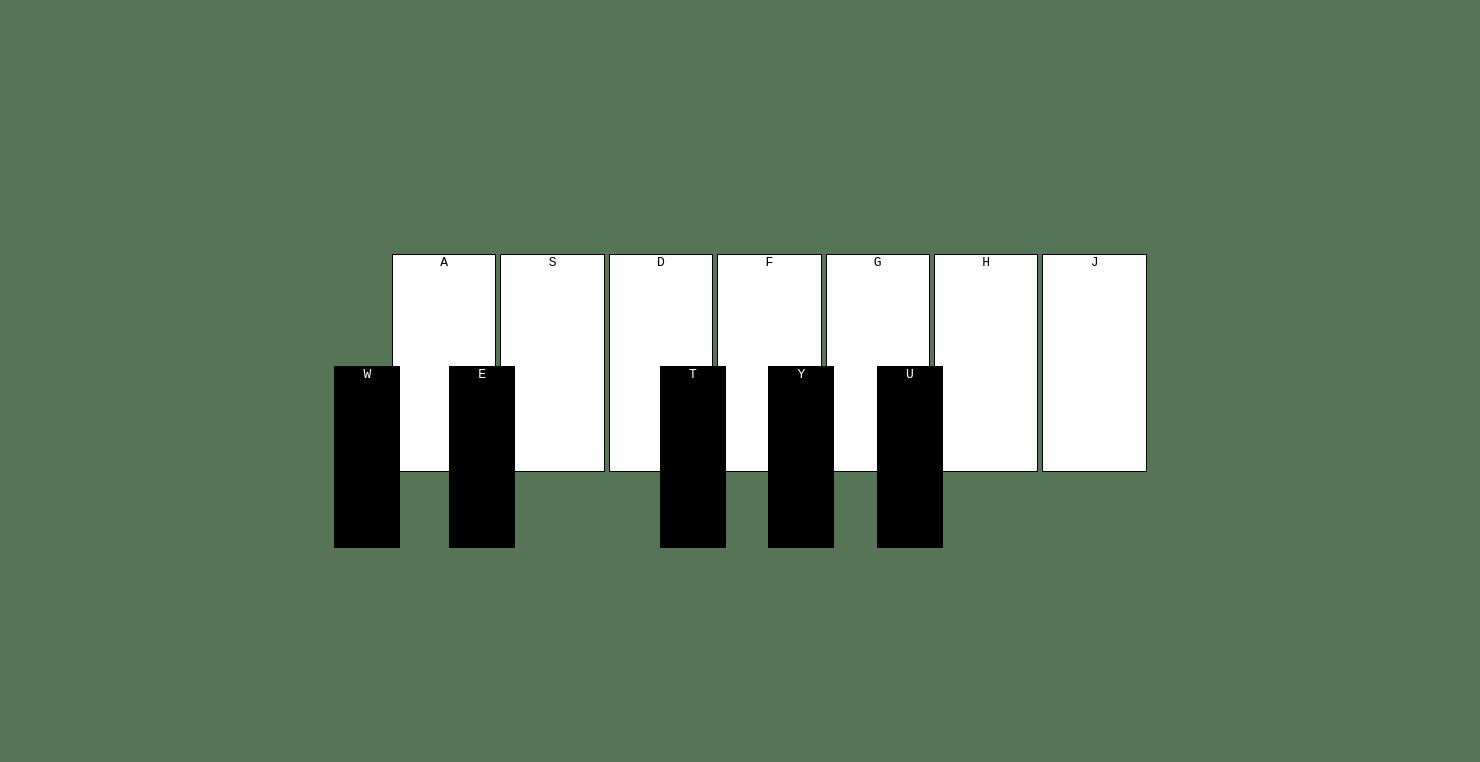
Repository: ctcoleman/Virtual-Piano
Page: index.html
An editor plug-in stored every save of this project. The page is shown before and after the next save, followed by the edit.
The browser window is 1280 px wide. The page is 1480 px wide, then 1280 px, then 1480 px, so the pictures cover 1480 px, including what lies to the right of the window. The pictures show the whole page.

Above is the page before, as saved 2020-07-20 09:16:09.

### index.html
<!DOCTYPE html>
<html>

<head>
    <meta charset="utf-8">
    <link type="text/css" rel="stylesheet" href="./index.css">
    <title>Chris's Keyboard Piano</title>
</head>

<body>
    <div class="container">
        <div class="white-keys">
            <kbd class="white-key" id="KeyA">A</kbd>
            <kbd class="white-key" id="KeyS">S</kbd>
            <kbd class="white-key" id="KeyD">D</kbd>
            <kbd class="white-key" id="KeyF">F</kbd>
            <kbd class="white-key" id="KeyG">G</kbd>
            <kbd class="white-key" id="KeyH">H</kbd>
            <kbd class="white-key" id="KeyJ">J</kbd>
        </div>
        <div class="black-keys">
            <kbd class="black-key" id="KeyW">W</kbd>
            <kbd class="black-key" id="KeyE">E</kbd>
            <kbd class="black-key" id="KeyT">T</kbd>
            <kbd class="black-key" id="KeyY">Y</kbd>
            <kbd class="black-key" id="KeyU">U</kbd>
        </div>
    </div>
    <script src="./index.js"></script>
</body>

</html>

### index.css
/*
=== Basic Styling ===
 */
html {
    background: rgba(1, 46, 1, 0.664);
    color: black;
    box-sizing: border-box;
}

/*
=== Keyboard Styling ===
*/
.container {
    width: 100vw;
    height: 30vh;
    margin: 35vh 15vw;
}
/*
=== White Keys Styling ===
*/
.white-keys {
    margin: 15vh 15vw;
}
.white-key {
    display: inline-block;
    text-align: center;
    width: 8vw;
    height: 30vh;
    background: white;
    border: 1px solid black;
}
/*
=== Black Keys Styling ===
*/
.black-keys {
    margin: 10vh 5vw;
}
.black-key {
    position: relative;
    z-index: 1;
    top: -30vh;
    text-align: center;
    display: inline-block;
    width: 5vw;
    height: 25vh;
    background: black;
    color: white;
    border: 1px solid black;
}
#KeyW {
    left: 5.5vw;
}
#KeyE {
    left: 9vw;
}
#KeyT {
    left: 20vw;
}
#KeyY {
    left: 23vw;
}
#KeyU {
    left: 26vw;
}

### index.js
const aKey = document.getElementById('KeyA')
const sKey = document.getElementById('KeyS')
const dKey = document.getElementById('KeyD')
const fKey = document.getElementById('KeyF')
const gKey = document.getElementById('KeyG')
const hKey = document.getElementById('KeyH')
const jKey = document.getElementById('KeyJ')
const wKey = document.getElementById('KeyW')
const eKey = document.getElementById('KeyE')
const tKey = document.getElementById('KeyT')
const yKey = document.getElementById('KeyY')
const uKey = document.getElementById('KeyU')






const keys = [aKey, sKey, dKey, fKey, gKey, hKey, jKey, wKey, eKey, tKey, yKey, uKey]
console.log(keys)
document.addEventListener('keypress', (keyPressed) => {
    const key = keyPressed.code
    switch (key) {
        case keys[0].id:
            new Audio('./keys/A.mp3').play()
            break
        case keys[1].id:
            new Audio('./keys/S.mp3').play()
            break
        case keys[2].id:
            new Audio('./keys/D.mp3').play()
            break
        case keys[3].id:
            new Audio('./keys/F.mp3').play()
            break
        case keys[4].id:
            new Audio('./keys/G.mp3').play()
            break
        case keys[5].id:
            new Audio('./keys/H.mp3').play()
            break
        case keys[6].id:
            new Audio('./keys/J.mp3').play()
            break
        case keys[7].id:
            new Audio('./keys/W.mp3').play()
            break
        case keys[8].id:
            new Audio('./keys/E.mp3').play()
            break
        case keys[9].id:
            new Audio('./keys/T.mp3').play()
            break
        case keys[10].id:
            new Audio('./keys/Y.mp3').play()
            break
        case keys[11].id:
            new Audio('./keys/U.mp3').play()
            break
        default:
            console.log('Invalid Key Press')
    }
})

After the next save:
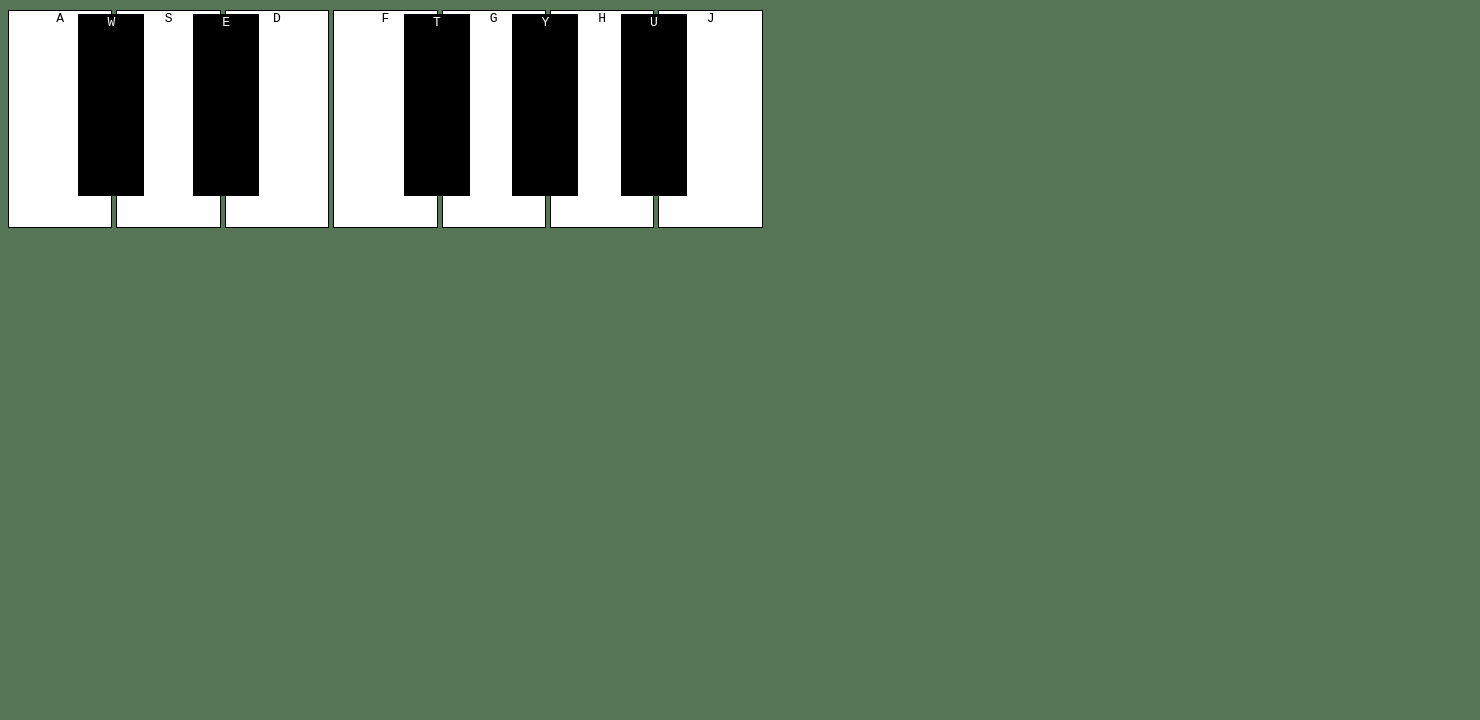
Saved 10 s later.
--- a/index.css
+++ b/index.css
@@ -10,20 +10,21 @@
 /*
 === Keyboard Styling ===
 */
-.container {
-    width: 100vw;
-    height: 30vh;
-    margin: 35vh 15vw;
+.keyboard-container {
+    position: relative;
+    width:70vw;
+    margin:
 }
 /*
 === White Keys Styling ===
 */
-.white-keys {
+.white-key-container {
     margin: 15vh 15vw;
+    position: relative;
 }
 .white-key {
+    text-align: center;
     display: inline-block;
-    text-align: center;
     width: 8vw;
     height: 30vh;
     background: white;
@@ -32,8 +33,9 @@
 /*
 === Black Keys Styling ===
 */
-.black-keys {
+.black-key-container {
     margin: 10vh 5vw;
+    width: 70vw;
 }
 .black-key {
     position: relative;

After the save that followed:
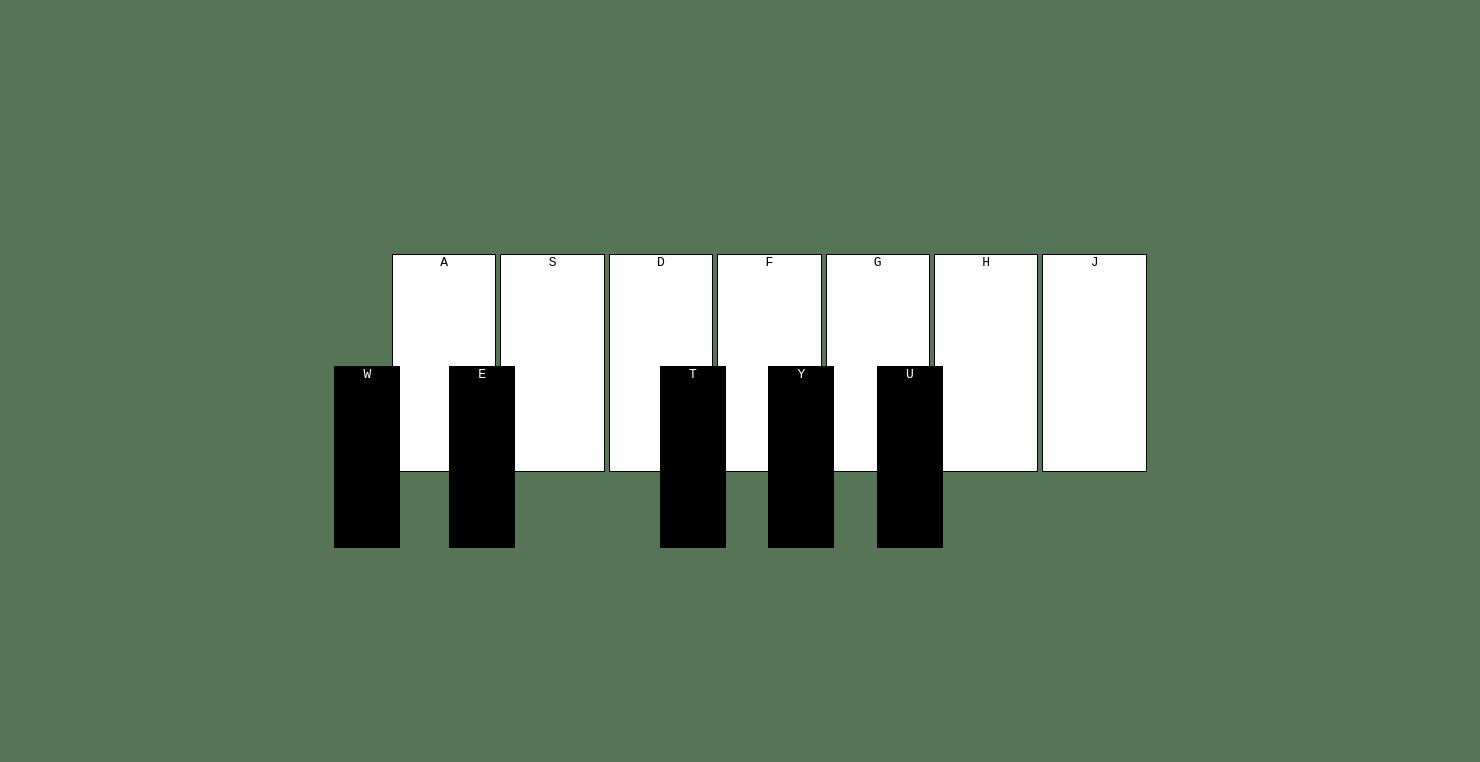
Saved 20 s later.
--- a/index.css
+++ b/index.css
@@ -10,21 +10,20 @@
 /*
 === Keyboard Styling ===
 */
-.keyboard-container {
-    position: relative;
-    width:70vw;
-    margin:
+.container {
+    width: 100vw;
+    height: 30vh;
+    margin: 35vh 15vw;
 }
 /*
 === White Keys Styling ===
 */
-.white-key-container {
+.white-keys {
     margin: 15vh 15vw;
-    position: relative;
 }
 .white-key {
+    display: inline-block;
     text-align: center;
-    display: inline-block;
     width: 8vw;
     height: 30vh;
     background: white;
@@ -33,9 +32,8 @@
 /*
 === Black Keys Styling ===
 */
-.black-key-container {
+.black-keys {
     margin: 10vh 5vw;
-    width: 70vw;
 }
 .black-key {
     position: relative;
